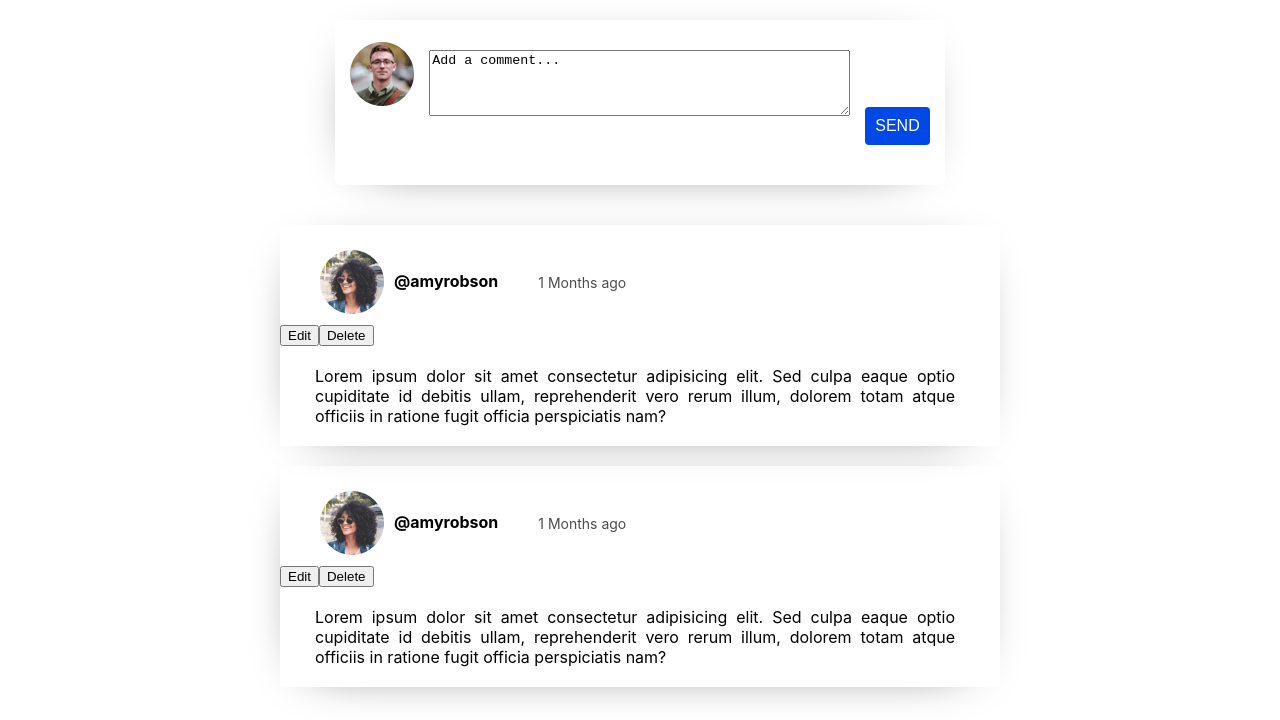
Repository: badhon252/interactive-comments-section
Page: /
An editor plug-in stored every save of this project. The page is shown before and after the next save, followed by the edit.
The browser window is 1280 px wide. The pictures show the whole page.
The project was rebuilt for these pictures with package versions that can differ from the ones it lists, and the page was loaded fresh each time.

Above is the page before, as saved 2022-01-27 22:53:49.

After the next save:
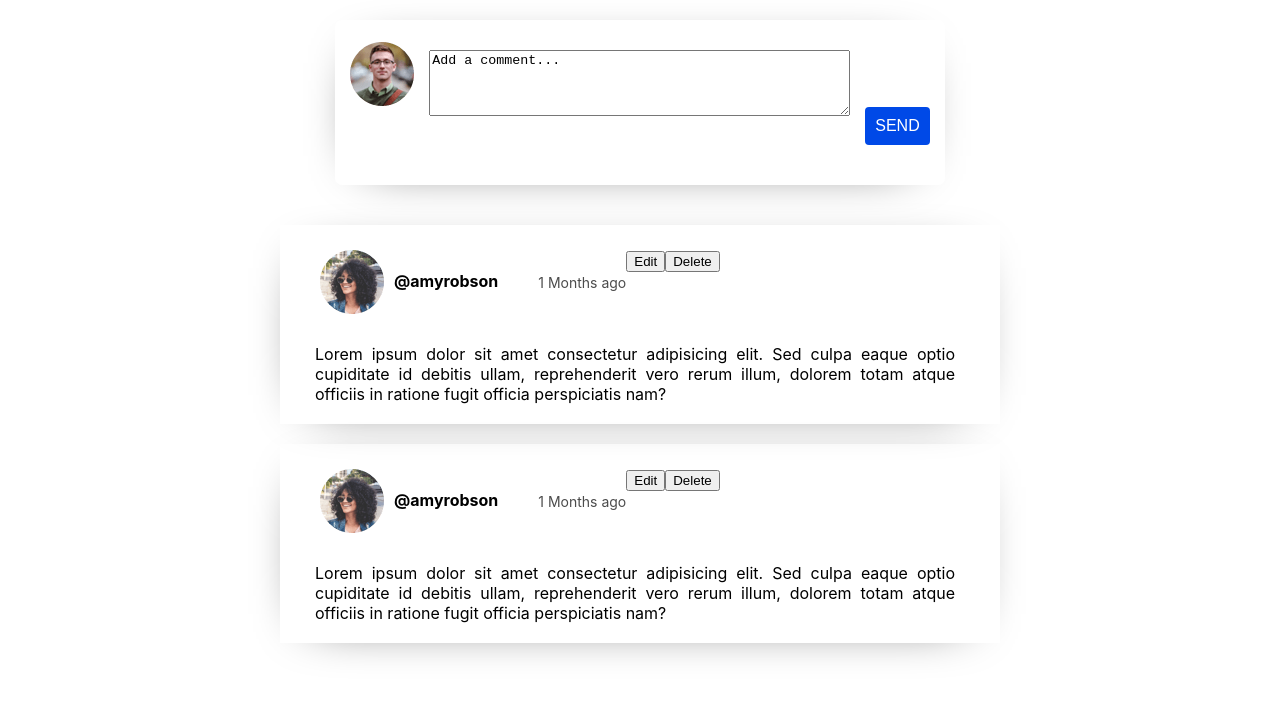
Saved 10 s later.
--- a/src/components/Comments.js
+++ b/src/components/Comments.js
@@ -7,11 +7,10 @@ const Comments = () => {
         <img src={avartar} alt="" className="random-img" />
         <h4 className="name">@amyrobson</h4>
         <span className="time"> 1 Months ago</span>
-      </div>
-
-      <div className="btn">
-        <button>Edit</button>
-        <button>Delete</button>
+        <div className="btn">
+          <button>Edit</button>
+          <button>Delete</button>
+        </div>
       </div>
 
       <p className="single-comment">
